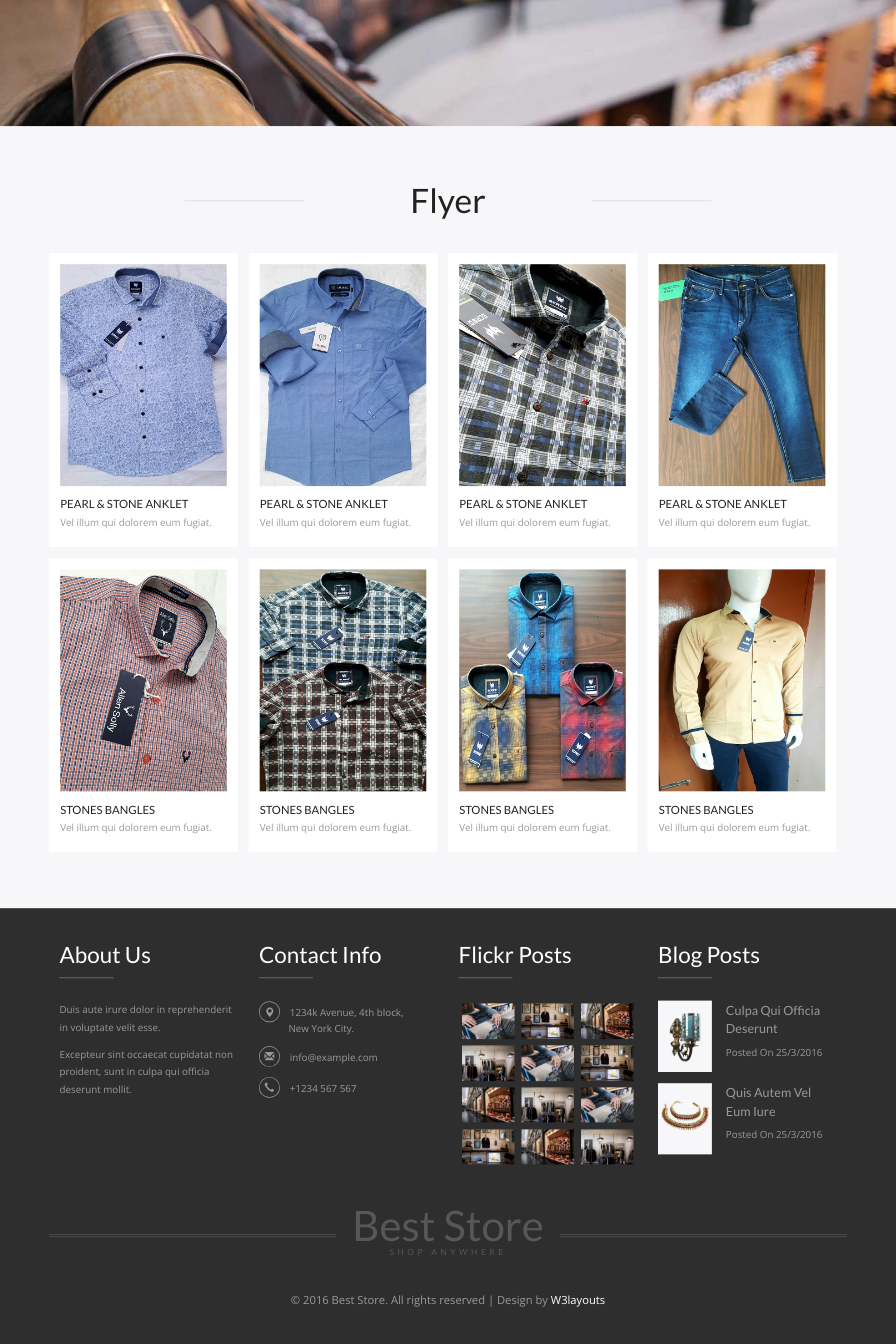
Repository: vinodmealla/flyerworkspace
Page: com.gvm.websample1/src/main/webapp/WEB-INF/index.html
These files come from the project's save history. The page is drawn as it stood at one moment and after the next save; the edit follows.
The browser window is 1280 px wide. The pictures show the part of the page from y = 659 to 2579 px (the page is 2579 px tall), at 70% of full size.

Above is the page before, as saved 2017-10-03 10:10:36.
Console error: SyntaxError: Unexpected token '('

After the next save:
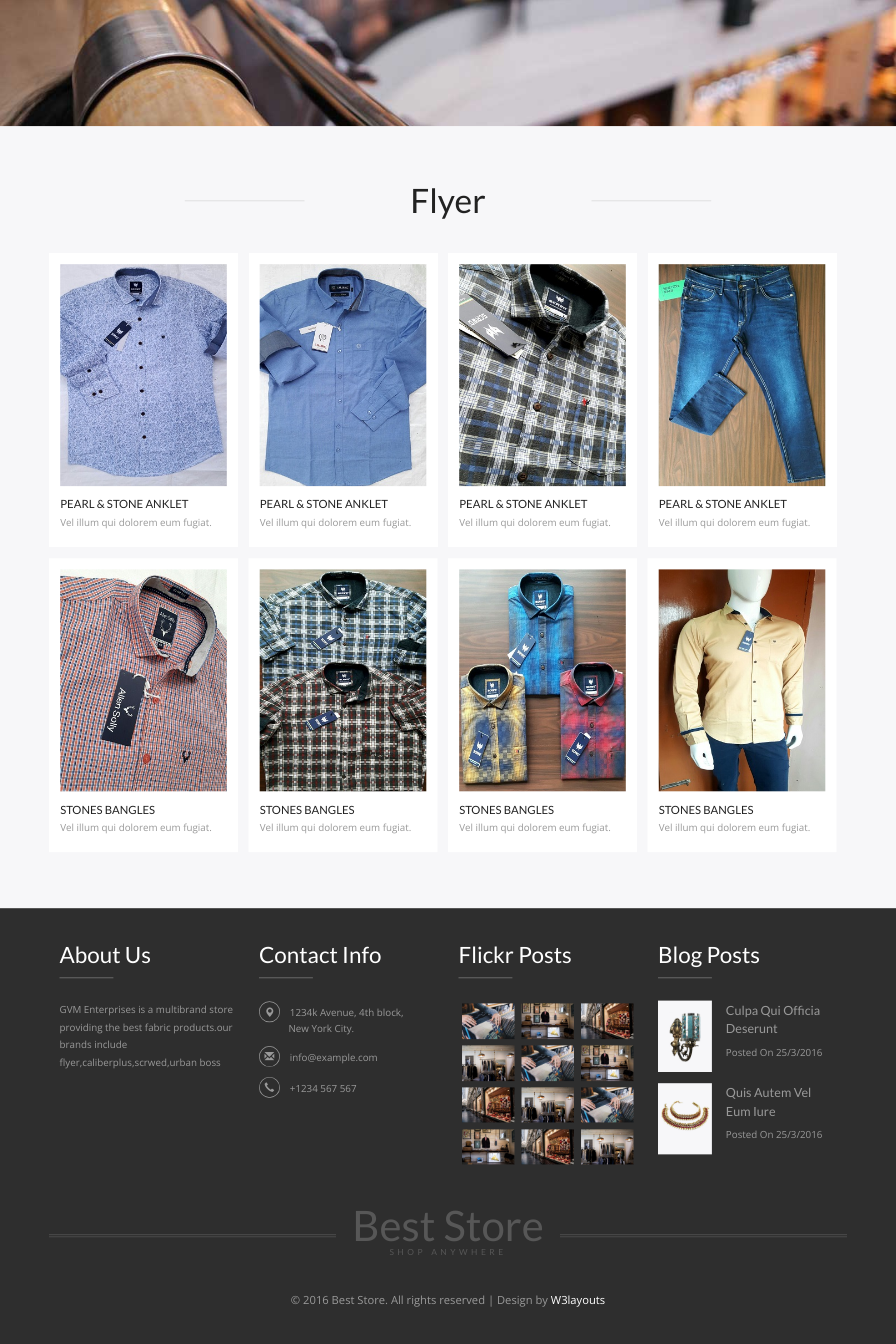
Saved 3 min 18 s later.
--- a/com.gvm.websample1/src/main/webapp/WEB-INF/index.html
+++ b/com.gvm.websample1/src/main/webapp/WEB-INF/index.html
@@ -530,8 +530,7 @@
 			<div class="footer-grids">
 				<div class="col-md-3 footer-grid animated wow slideInLeft" data-wow-delay=".5s">
 					<h3>About Us</h3>
-					<p>Duis aute irure dolor in reprehenderit in voluptate velit esse.<span>Excepteur sint occaecat cupidatat
-						non proident, sunt in culpa qui officia deserunt mollit.</span></p>
+					<p>GVM Enterprises is a multibrand store providing the best fabric products.our brands include flyer,caliberplus,scrwed,urban boss</span></p>
 				</div>
 				<div class="col-md-3 footer-grid animated wow slideInLeft" data-wow-delay=".6s">
 					<h3>Contact Info</h3>
